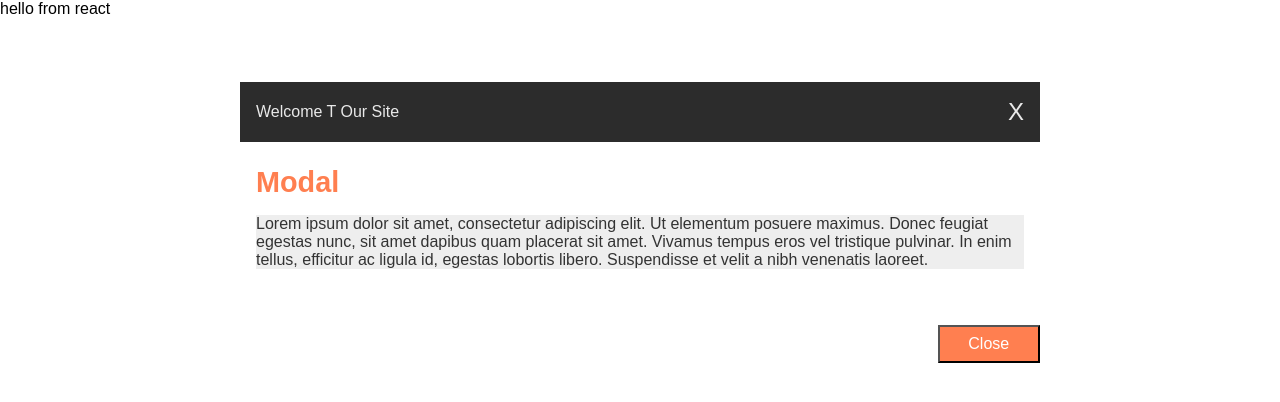
Repository: KrzysKolo/sr_tydzien5_zad1
Page: /
These files come from the project's save history. The page is drawn as it stood at one moment and after the next save; the edit follows.
The browser window is 1280 px wide. The pictures show the whole page.
The project was rebuilt for these pictures with package versions that can differ from the ones it lists, and the page was loaded fresh each time.

Above is the page before, as saved 2020-12-18 13:52:39.

### src/App.js
import React from 'react';
import Modal from './components/modal/Modal'

function App() {
  return (
    <div className="App">
     hello from react
     <Modal />
    </div>
  );
}

export default App;

### src/components/modal/Modal.js
import React from 'react';
import { ModalHeader, ModalSection, ModalFooter } from './modalComponents/';
import './Modal.css';

const Modal = () => {
    return (
        <main className="modal-wrapper">
            <ModalHeader />
            <ModalSection />
            <ModalFooter />
        </main>
    )
}

export default Modal;

### src/components/modal/modalComponents/index.js
export { default as ModalHeader } from './ModalHeder';
export { default as ModalSection } from './ModalSection';
export { default as ModalFooter } from './ModalFooter';

### src/components/modal/Modal.css
* {
  margin: 0;
  padding: 0;
  box-sizing: border-box;
}
body {
  font-family: Arial, Helvetica, sans-serif;
}
.modal-wrapper {
  background-color: #fff;
  width: 80%;
  max-width: 800px;
  margin: 4rem auto;
}
.modal-header {
  background-color: #2c2c2c;
  color: #e9e9e9;
  padding: 1rem;
  display: flex;
  align-items: center;
  justify-content: space-between;
}
.modal-header span {
  font-size: 1.5rem;
  cursor: pointer;
}
.modal-content {
  padding: 1.5rem 1rem;
}
.modal-body {
  margin-bottom: 1rem;
}
.modal-body h4 {
  font-size: 1.8rem;
  color: coral;
}
.modal-body p {
  font-size: 1rem;
  background-color: #eee;
  color: #333;
  margin: 1rem 0 2rem 0;
}
.modal-footer button {
  display: block;
  font-size: 1rem;
  margin-left: auto;
  padding: 0.5rem 1.8rem;
  background-color: coral;
  color: #fff;
  cursor: pointer;
}

### src/components/modal/modalComponents/ModalHeder.js
import React from 'react';

const ModalHeder = () => {
    return (
        <header className="modal-header">
            <p>Welcome T Our Site</p>
            <span className="close-modal-btn">X</span>
        </header>
    )
}

export default ModalHeder;

### src/components/modal/modalComponents/ModalSection.js
import React from 'react';

const ModalSection = () => {
    return (
        <section className="modal-content">
            <div className="modal-body">
                <h4>Modal</h4>
                <p>
                Lorem ipsum dolor sit amet, consectetur adipiscing elit. Ut elementum posuere maximus. Donec feugiat egestas nunc, sit amet dapibus quam placerat sit amet. Vivamus tempus eros vel tristique pulvinar. In enim tellus, efficitur ac ligula id, egestas lobortis libero. Suspendisse et velit a nibh venenatis laoreet.
                </p>
            </div>
        </section>
    )
}

export default ModalSection;

### src/components/modal/modalComponents/ModalFooter.js
import React from 'react';

const ModalFooter = () => {
    return (
        <footer className="modal-footer">
            <button className="btn-cancel">Close</button>
        </footer>
    )
}

export default ModalFooter;

Loaded but not shown: public/index.html (common file); src/index.js (common file); src/index.css (common file)

After the next save:
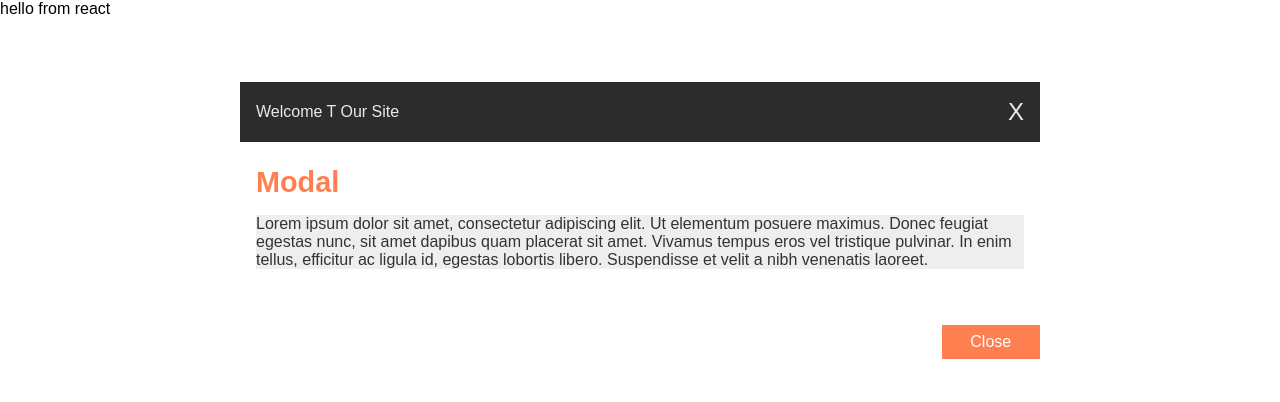
Saved 36 s later.
--- a/src/components/modal/Modal.css
+++ b/src/components/modal/Modal.css
@@ -48,4 +48,6 @@ body {
   background-color: coral;
   color: #fff;
   cursor: pointer;
+  border: none;
+  outline: none;
 }
